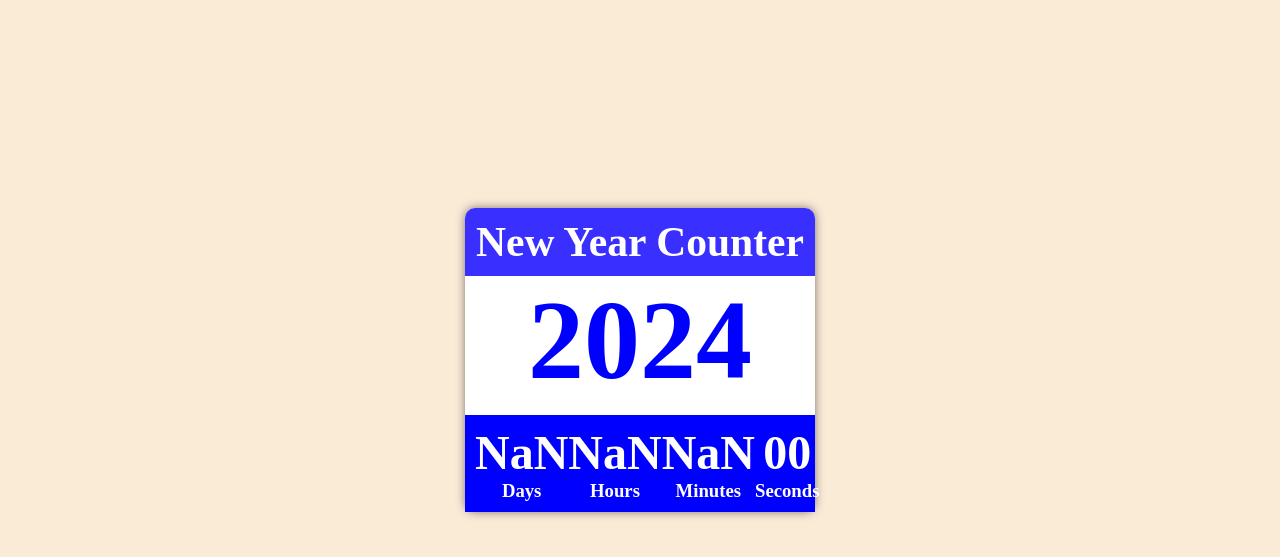
Repository: JunaidAnsari202/New-Year-counter
Page: index.html
An editor plug-in stored every save of this project. The page is shown before and after a run of saves, followed by the edit.
The browser window is 1280 px wide. The pictures show the whole page.

Above is the page before, as saved 2024-11-13 16:07:20.

After the next 11 saves:
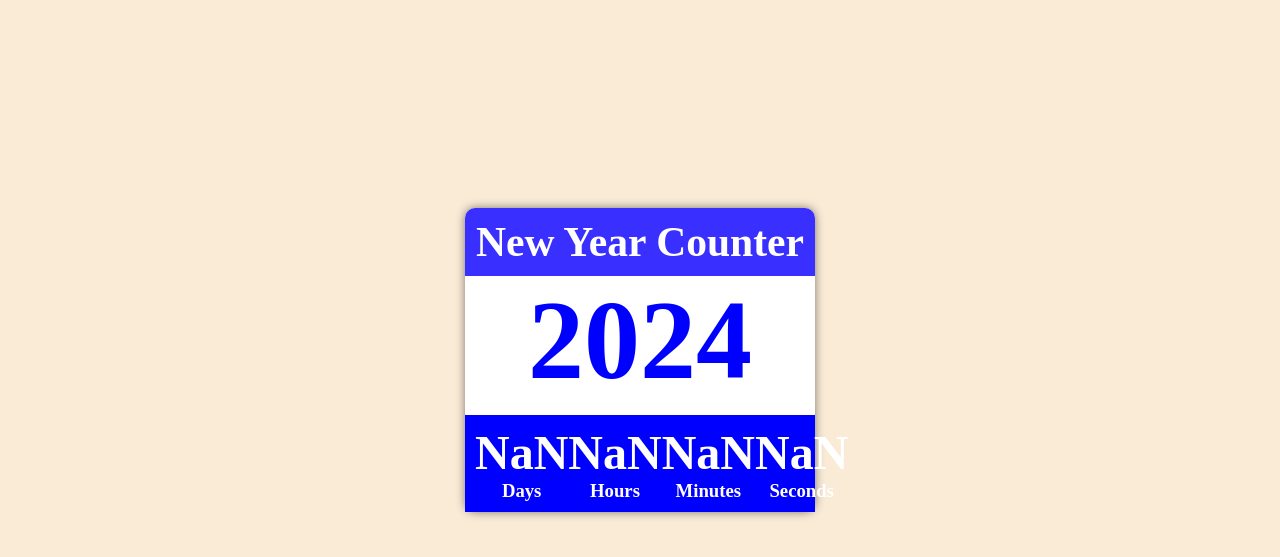
The 11 saves are shown as one change because they came seconds apart.
The last was saved 21 s later.
--- a/script.js
+++ b/script.js
@@ -18,6 +18,7 @@ setInterval(()=>{
 
      days.innerHTML = daysLeft;
      hours.innerHTML = hoursleft;
-     minutes.innerHTML = minutesLeft
+     minutes.innerHTML = minutesLeft;
+     seconds.innerHTML = secondsLeft;
 
     })
